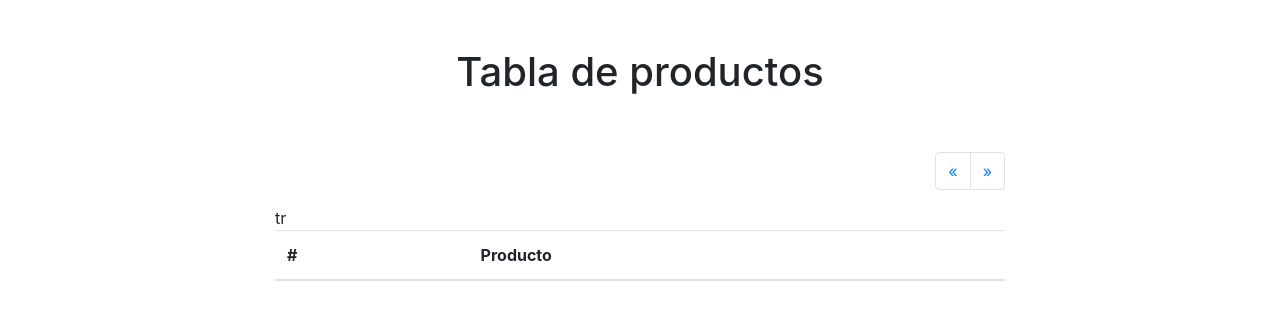
Repository: pedro-donoso/tabla-paginada
Page: index.html
These files come from the project's save history. The page is drawn as it stood at one moment and after a run of saves; the edit follows.
The browser window is 1280 px wide. The pictures show the whole page.

Above is the page before, as saved 2024-02-06 16:49:44.

After the next 3 saves:
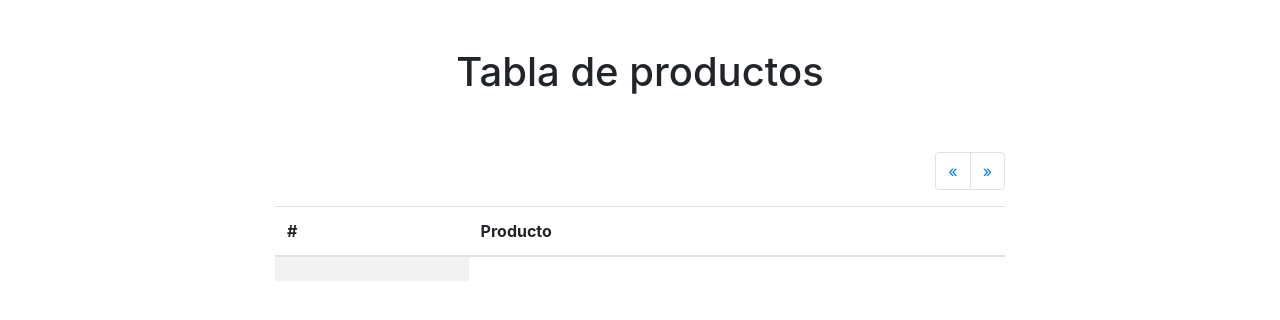
The 3 saves are shown as one change because they came seconds apart.
The last was saved 6 s later.
--- a/index.html
+++ b/index.html
@@ -48,7 +48,9 @@
                         </tr>
                     </thead>
                     <tbody id="cuerpo-tabla">
-                        tr
+                        <tr>
+                            <th></th>
+                        </tr>
                     </tbody>
                 </table>
             </div>
